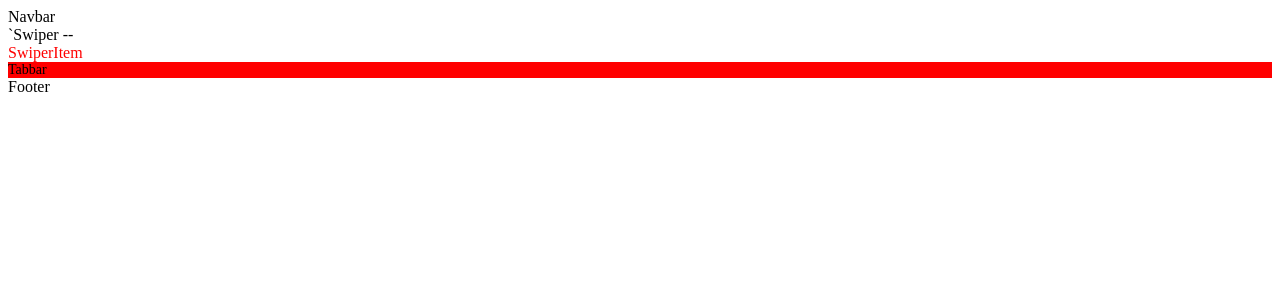
Repository: ysl200/111
Page: / (app in react/frontend/)
These files come from the project's save history. The page is drawn as it stood at one moment and after the next save; the edit follows.
The browser window is 1280 px wide. The pictures show the whole page.
The project was rebuilt for these pictures with package versions that can differ from the ones it lists, and the page was loaded fresh each time.

Above is the page before, as saved 2024-01-04 19:22:10.

After the next save:
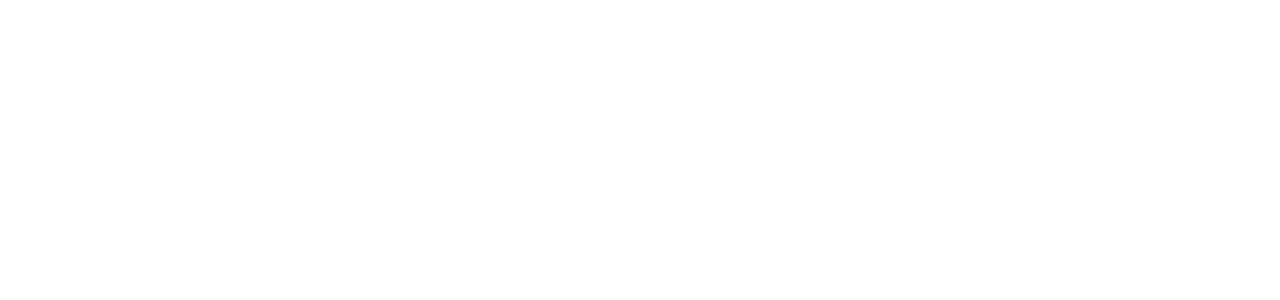
Saved 70 s later.
--- a/react/frontend/src/index.js
+++ b/react/frontend/src/index.js
@@ -2,47 +2,21 @@
 import { createRoot } from 'react-dom/client';
 
 
-const userStyle = { color: 'red', fontWeight: 200 };
-class Navbar extends Component {
-  render() {
-    return (
-      <div>
-        Navbar
-      </div>
-    );
-  }
+const styles = {
+    item: {border: '1px dashed #ccc', margin: '10px', padding: '10px', boxShadow: '0 0 #ccc'},
+    user: {fontSize: '14px'},
+    content: {fontSize: '12px'}
 }
 
-
-function SwiperItem(){
-  return <div style={userStyle}>SwiperItem</div>
-}
-
-function Swiper(){
-  return <div>
-  `Swiper -- <SwiperItem></SwiperItem>
-  </div>
-}
-
-const Tabbar = ()=>{
-  return <div style={{backgroundColor:"red", fontSize:"14px"}}>Tabbar</div>
-}
-
-const Footer = ()=>  <div>Footer</div>
-
-export default class App extends Component {
-  render() {
-    return (
-      <div>
-        <Navbar></Navbar>
-        <Swiper></Swiper>
-        <Tabbar></Tabbar>
-        <Footer></Footer>
-      </div>
-    )
-  }
-}
+//使用function构造函数定义普通的无状态组件
+export default function CmtItem(props){
+    return
+    <div style = {styles.item}>
+        <h1 style = {styles.user}>评论人：{props.user}</h1>
+        <p style = {styles.content}>评论内容：{props.content}</p>
+    </div>
+ }
 
 const container = document.getElementById('root');
 const root = createRoot(container); // createRoot(container!) if you use TypeScript
-root.render(<App />);
+root.render(<CmtItem />);

After the save that followed:
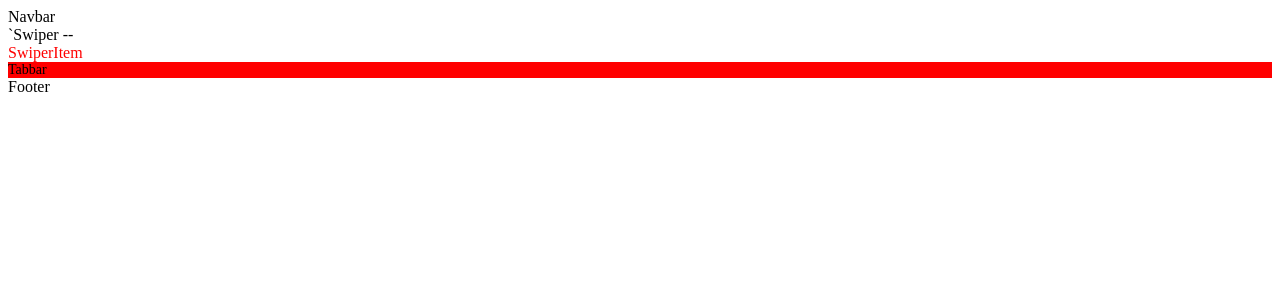
Saved 83 s later.
--- a/react/frontend/src/index.js
+++ b/react/frontend/src/index.js
@@ -2,21 +2,46 @@
 import { createRoot } from 'react-dom/client';
 
 
-const styles = {
-    item: {border: '1px dashed #ccc', margin: '10px', padding: '10px', boxShadow: '0 0 #ccc'},
-    user: {fontSize: '14px'},
-    content: {fontSize: '12px'}
+const userStyle = { color: 'red', fontWeight: 200 };
+class Navbar extends Component {
+  render() {
+    return (
+      <div>
+        Navbar
+      </div>
+    );
+  }
 }
 
-//使用function构造函数定义普通的无状态组件
-export default function CmtItem(props){
-    return
-    <div style = {styles.item}>
-        <h1 style = {styles.user}>评论人：{props.user}</h1>
-        <p style = {styles.content}>评论内容：{props.content}</p>
-    </div>
- }
+
+function SwiperItem(){
+  return <div style={userStyle}>SwiperItem</div>
+}
+
+function Swiper(){
+  return <div>
+  `Swiper -- <SwiperItem></SwiperItem>
+  </div>
+}
+
+const Tabbar = ()=>{
+  return <div style={{backgroundColor:"red", fontSize:"14px"}}>Tabbar</div>
+}
+
+const Footer = ()=>  <div>Footer</div>
+
+export default function App() {
+
+    return (
+      <div>
+        <Navbar></Navbar>
+        <Swiper></Swiper>
+        <Tabbar></Tabbar>
+        <Footer></Footer>
+      </div>
+    )
+  }
 
 const container = document.getElementById('root');
 const root = createRoot(container); // createRoot(container!) if you use TypeScript
-root.render(<CmtItem />);
+root.render(<App />);
